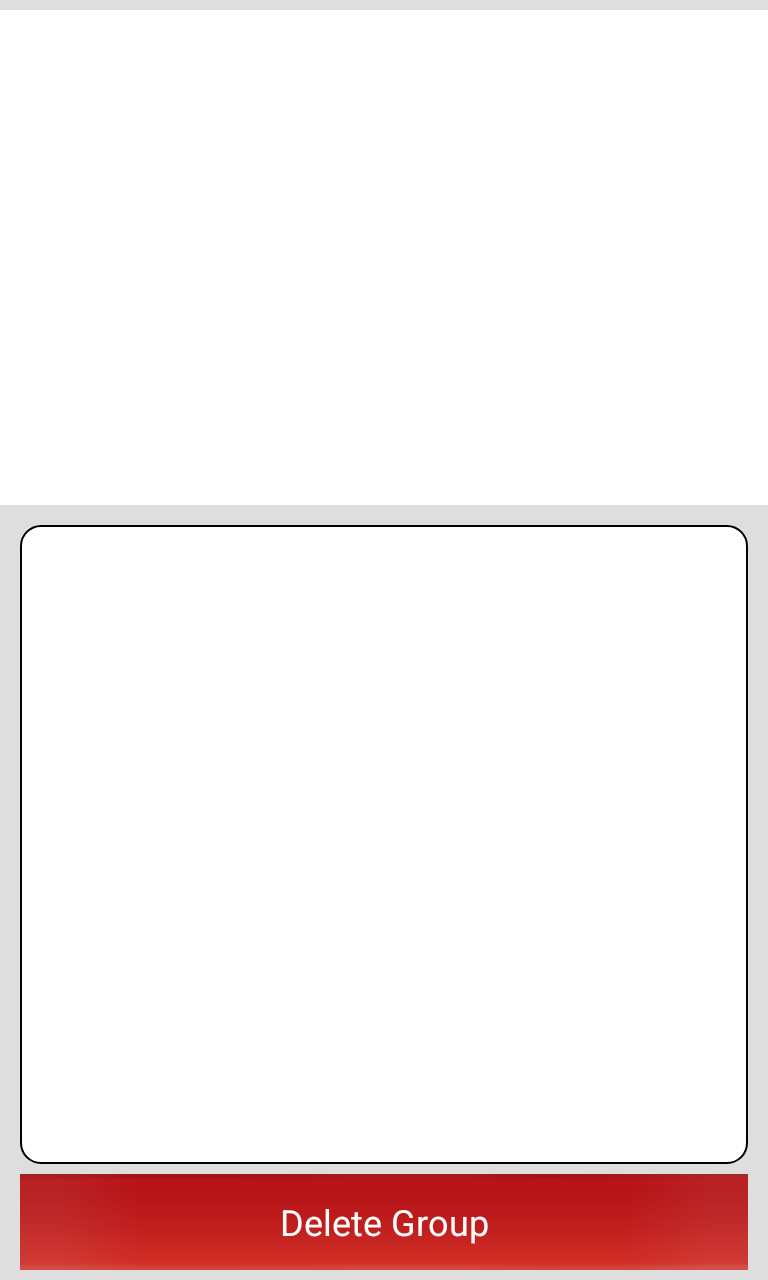
Repository: GitDidNotExitCleanly/FaceLabel
Layout: FaceLabel/res/layout/activity_group.xml
These files come from the project's save history. The layout is drawn as it stood at one moment and after the next save; the edit follows.
It is drawn on a 768 x 1280 px phone screen (xhdpi) without system bars, with theme AppTheme; the app's code is not run. Lists and similar views that code fills are empty.

Above is the layout before, as saved 2015-05-13 13:52:29.

### FaceLabel/res/layout/activity_group.xml
<LinearLayout xmlns:android="http://schemas.android.com/apk/res/android"
    xmlns:tools="http://schemas.android.com/tools"
    android:layout_width="match_parent"
    android:layout_height="match_parent"
    android:gravity="center"
    android:orientation="vertical"
    android:background="#DEDEDE"
    android:paddingBottom="@dimen/activity_vertical_margin"
    android:paddingLeft="@dimen/activity_horizontal_margin"
    android:paddingRight="@dimen/activity_horizontal_margin"
    android:paddingTop="@dimen/activity_vertical_margin"
    tools:context="com.facelabel.contacts.group.GroupActivity" >

    <LinearLayout
        android:layout_width="match_parent"
        android:layout_height="500dp"
        android:layout_weight="1"
        android:background="#fff"
        android:gravity="center"
        android:layout_marginTop="5dp"
        android:paddingTop="2dp"
        android:paddingBottom="2dp"
        android:paddingLeft="10dp"
        android:paddingRight="10dp" >

        <ImageView
            android:id="@+id/activity_group_groupPhoto"
            android:layout_width="match_parent"
            android:layout_height="match_parent"
            android:scaleType="fitXY" />
    </LinearLayout>

    <LinearLayout
        android:layout_width="match_parent"
        android:layout_height="match_parent"
        android:layout_marginLeft="10dp"
        android:layout_marginRight="10dp"
        android:layout_marginTop="5dp"
        android:layout_marginBottom="5dp"
        android:layout_weight="1"
        android:orientation="vertical" >

        <GridView
            android:id="@+id/activity_group_memberList"
            android:layout_width="match_parent"
            android:layout_height="wrap_content"
        	android:background="@drawable/group_member_display_background"
            android:layout_weight="1"
            android:gravity="center"
            android:horizontalSpacing="20dp"
            android:numColumns="3"
            android:stretchMode="columnWidth"
            android:verticalSpacing="20dp"
            android:layout_marginTop="5dp"
            android:layout_marginBottom="5dp" >
        </GridView>

        <Button
            android:id="@+id/activity_group_delete"
            android:layout_width="match_parent"
            android:layout_height="wrap_content"
            android:layout_weight="0"
            android:background="@drawable/delete_button_effect"
            android:text="Delete Group"
            android:textColor="#fff" />
    </LinearLayout>

</LinearLayout>

### FaceLabel/res/values/styles.xml
<resources>

    <!--
        Base application theme, dependent on API level. This theme is replaced
        by AppBaseTheme from res/values-vXX/styles.xml on newer devices.
    -->
    <style name="AppBaseTheme" parent="android:Theme.Light">
        <!--
            Theme customizations available in newer API levels can go in
            res/values-vXX/styles.xml, while customizations related to
            backward-compatibility can go here.
        -->
    </style>

    <!-- Application theme. -->
    <style name="AppTheme" parent="AppBaseTheme">
        <!-- All customizations that are NOT specific to a particular API-level can go here. -->
    </style>

    <style name="PopupMenuAnimation" parent="android:Animation">
        <item name="android:windowEnterAnimation">@anim/slide_up_dialog</item>
        <item name="android:windowExitAnimation">@anim/slide_out_down</item>
	</style>

</resources>

### FaceLabel/res/drawable-mdpi/group_member_display_background.xml
<?xml version="1.0" encoding="utf-8"?>
<shape xmlns:android="http://schemas.android.com/apk/res/android"
    android:shape="rectangle">
    <solid android:color="#ff0000ff"/>
    <stroke android:width="1dp" android:color="#000000" />
    <gradient
        android:startColor="#FFFFFF"
        android:endColor="#FFFFFF"/>
    <padding android:left="7dp"
        android:top="7dp"
        android:right="7dp"
        android:bottom="7dp" />
    <corners android:radius="10dp" />
</shape>

### FaceLabel/res/drawable-mdpi/delete_button_effect.xml
<?xml version="1.0" encoding="utf-8"?>
<selector xmlns:android="http://schemas.android.com/apk/res/android" >
    <item android:state_pressed="false" android:drawable="@drawable/button_delete" />
    <item android:state_pressed="true" android:drawable="@drawable/button_delete_pressed" />
    <item android:drawable="@drawable/button_delete" />
</selector>

Loaded but not shown: FaceLabel/res/values-v11/styles.xml (common file); FaceLabel/res/values-v14/styles.xml (common file); FaceLabel/res/values/dimens.xml (common file); FaceLabel/res/values-w820dp/dimens.xml (common file)

After the next save:
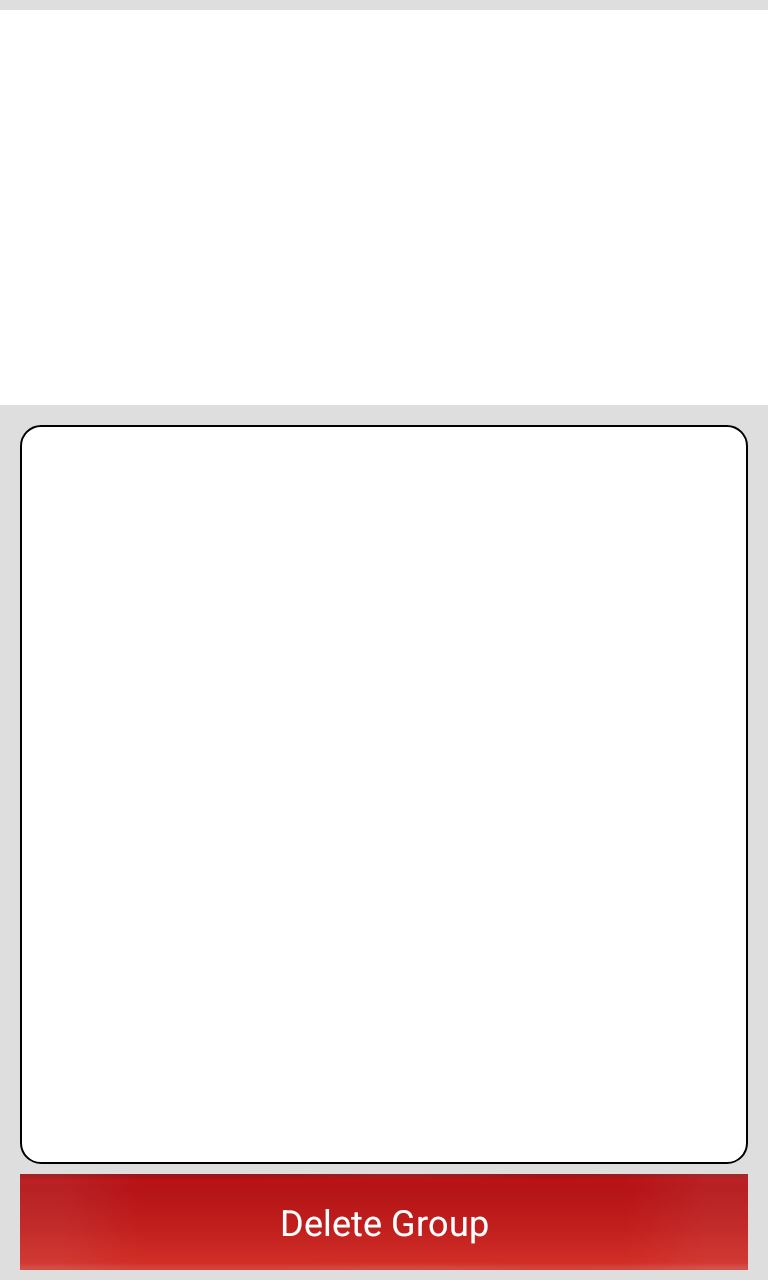
Saved 31 s later.
--- a/FaceLabel/res/layout/activity_group.xml
+++ b/FaceLabel/res/layout/activity_group.xml
@@ -13,7 +13,7 @@
 
     <LinearLayout
         android:layout_width="match_parent"
-        android:layout_height="500dp"
+        android:layout_height="400dp"
         android:layout_weight="1"
         android:background="#fff"
         android:gravity="center"
